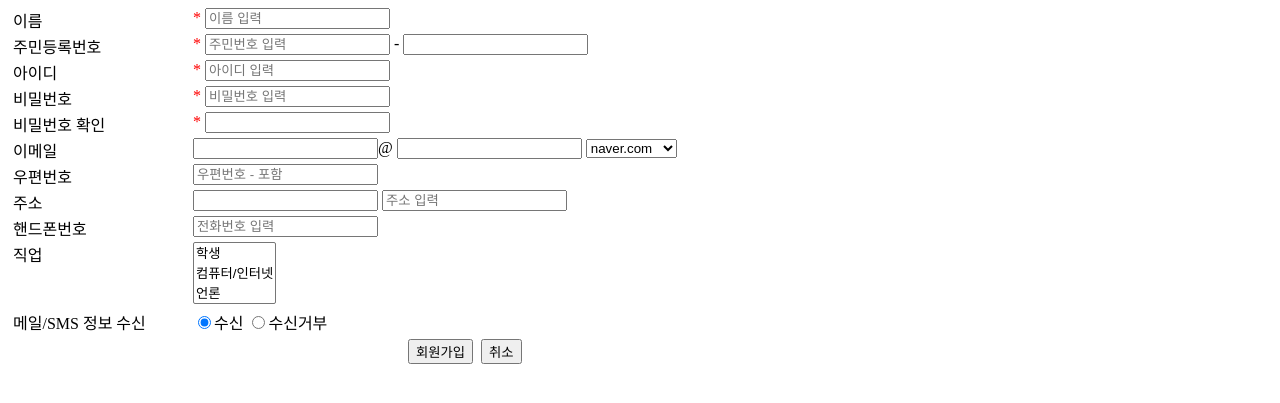
Repository: BartsimisraB/JavaPractice_
Page: http://localhost/JSPpractice2/Join.jsp
These files come from the project's save history. The page is drawn as it stood at one moment and after the next save; the edit follows.
The browser window is 1280 px wide. The pictures show the whole page.
The page is served by Tomcat 9. Other server files are loaded and not shown.

Above is the page before, as saved 2023-01-12 07:02:49.

### JSPpractice2/src/main/webapp/Join.jsp
<%@ page language="java" contentType="text/html; charset=UTF-8"
    pageEncoding="UTF-8"%>
<!DOCTYPE html>
<html>
<head>
<meta charset="UTF-8">
<title>Insert title here</title>
    <link rel="stylesheet" href="./Join.css">
    <script defer src="Join.js"></script>
</head>
<body>
    <form name="fr" action = "JoinServlet" method = "get">
      <div>
        <label class="topic" for="name">이름</label><span>*</span> <input type="text" name="name" placeholder="이름 입력"/>
      </div>
      <div>
        <label class="topic" for="pernum">주민등록번호</label><span>*</span> <input type="text" name="pernum" placeholder="주민번호 입력"/> - <input type="password" name="pernum" />
      </div>
      <div>
        <label class="topic" for="id">아이디</label><span>*</span> <input type="text" name="id" placeholder="아이디 입력"/>
      </div>
      <div>
        <label class="topic" for="pw">비밀번호</label><span>*</span> <input type="password" name="pw" placeholder="비밀번호 입력"/>
      </div>
      <div>
        <label class="topic" for="pwcheck">비밀번호 확인</label><span>*</span> <input type="password" name="pwcheck"/>
      </div>
      <div>
        <label class="topic">이메일</label>
        <input type="text" name="email1" id="email1"/>@
        <input type="text" name="email2" id="email2"/>
        <select name = "selectEmail" id="selectEmail" onChange="checkemail();">
         	<option value="1">직접 입력</option>
         	<option value="naver.com" selected>naver.com</option>
	 		<option value="hanmail.net">hanmail.net</option>
	 		<option value="nate.com">nate.com</option>
	 		<option value="gmail.com">gmail.com</option>
        </select>
      </div>
      <div>
        <label class="topic" for="addrnum">우편번호</label><input type="text" name="addrnum"placeholder="우편번호 - 포함"/>
      </div>
      <div>
        <label class="topic" for="addr">주소</label><input type="text" name="addr" /> <input type="text" name="addr" placeholder="주소 입력"/>
      </div>
      <div>
        <label class="topic" for="phone">핸드폰번호</label><input type="text" name="phone" placeholder="전화번호 입력"/>
      </div>
      <div>
        <label class="topic" for="job">직업</label>
        <select id="job" name="job" size="3" >
            <option value="학생">학생</option>
            <option value="컴퓨터/인터넷">컴퓨터/인터넷</option>
            <option value="언론">언론</option>
        </select>
      </div>
      <div>
        <label class="topic" for="info">메일/SMS 정보 수신</label>
            <input type="radio" name="info" id="info" value="ok" checked/>수신
            <input type="radio" name="info" id="info" value="no" />수신거부
      </div>
        <input id="confirm" type="button" value="회원가입" onclick="checkform()">&nbsp;&nbsp;<input type="reset" value="취소">
    </form>
</body>
</html>

### JSPpractice2/src/main/webapp/Join.css
form > div{
    margin: 5px 5px;
}
form > div >span{
    color: red;
}
.topic{
    display: inline-block;
    width: 180px;
}
.topic, .topic > input{
    float: left;
}
input[type=button]{
	margin: 0px 0px 0px 400px;
}

Loaded but not shown: JSPpractice2/src/main/webapp/Join.js (no copy from this time; the picture is the same without it)

After the next save:
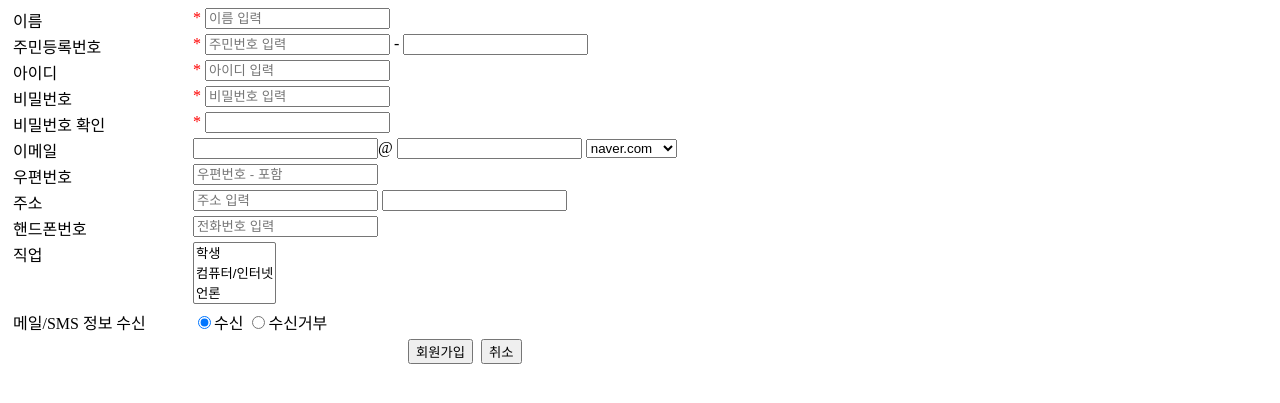
Saved 18 s later.
--- a/JSPpractice2/src/main/webapp/Join.jsp
+++ b/JSPpractice2/src/main/webapp/Join.jsp
@@ -41,7 +41,7 @@
         <label class="topic" for="addrnum">우편번호</label><input type="text" name="addrnum"placeholder="우편번호 - 포함"/>
       </div>
       <div>
-        <label class="topic" for="addr">주소</label><input type="text" name="addr" /> <input type="text" name="addr" placeholder="주소 입력"/>
+        <label class="topic" for="addr">주소</label><input type="text" name="addr" placeholder="주소 입력"/> <input type="text" name="addr"/>
       </div>
       <div>
         <label class="topic" for="phone">핸드폰번호</label><input type="text" name="phone" placeholder="전화번호 입력"/>
